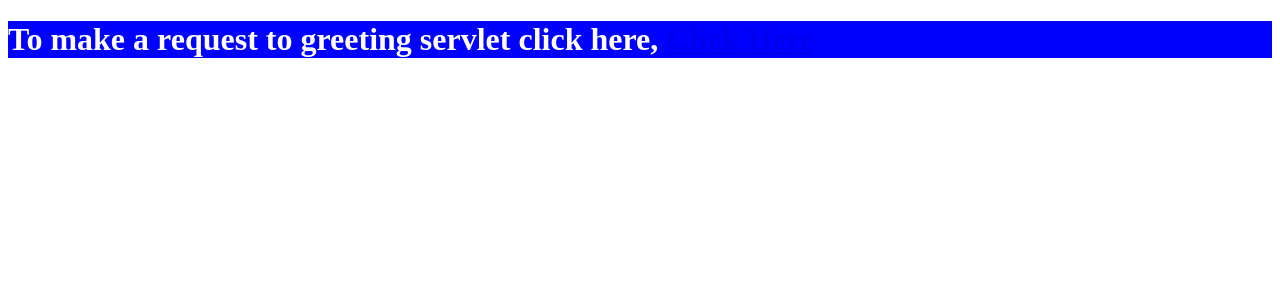
Repository: AkshayBorate/webJava
Page: web_projectservlet/src/main/webapp/greeting.html
These files come from the project's save history. The page is drawn as it stood at one moment and after the next save; the edit follows.
The browser window is 1280 px wide. The pictures show the whole page.

Above is the page before, as saved 2024-11-28 06:07:08.

After the next save:
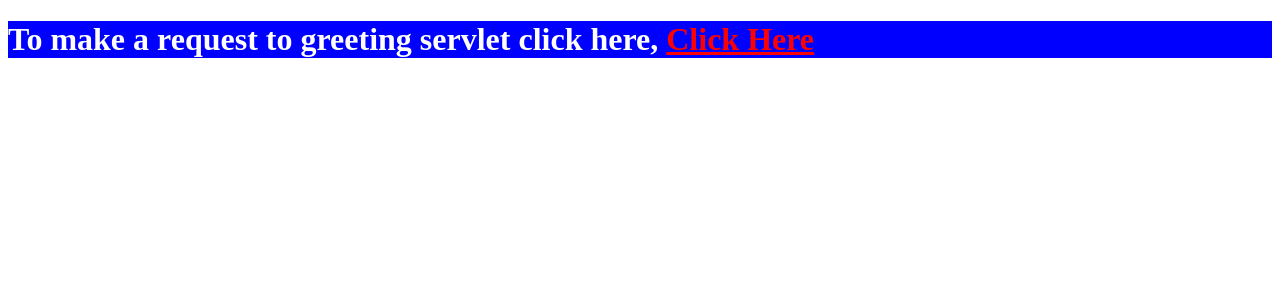
Saved 119 s later.
--- a/web_projectservlet/src/main/webapp/greeting.html
+++ b/web_projectservlet/src/main/webapp/greeting.html
@@ -4,6 +4,6 @@
 <body>
   <h1 style="color:white;background-color: blue">
   To make a request to greeting servlet click here,
-  <a href="greet">Click Here</a></h1>
+  <a href="greet" style="color:red">Click Here</a></h1>
 </body>
 </html>
